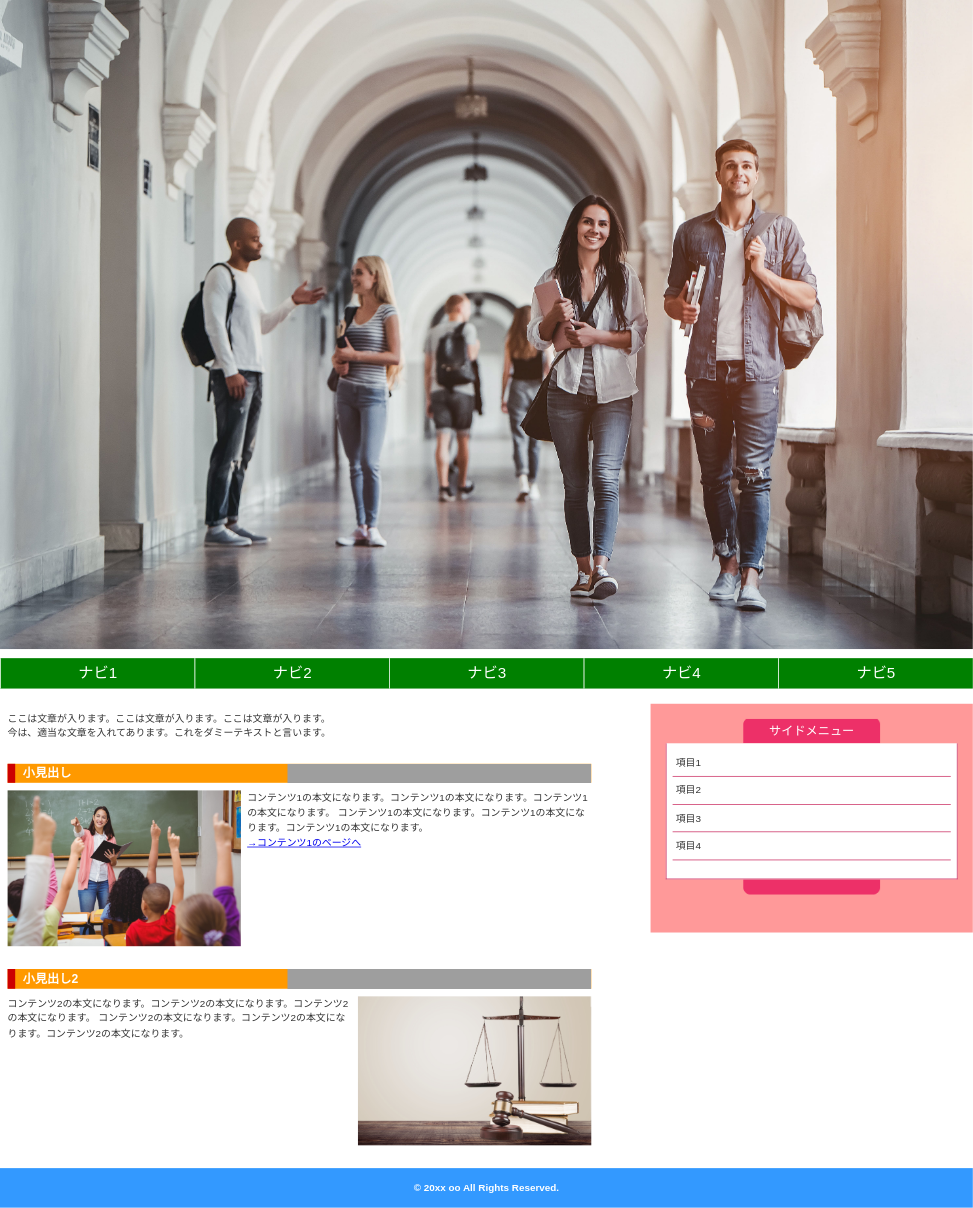
Repository: MatsumotoSohei/samurai_HTML-CSS
Page: home.html
The author's editor kept a record of every edit. The page is drawn from the files as they stood at one moment, then again after the next edit.
The browser window is 1280 px wide. The pictures show the whole page, at 76% of full size.
Pictures or frames that could not be fetched are drawn as grey boxes.

Above is the page before.

### home.html
<!DOCTYPE html>
<html lang="ja">
    <head>
      <meta charset="UTF-8">
      <title>HTML/CSSの学習</title>
      <link rel="stylesheet" href="stylesheet.css">
    </head>
    <body>
       <div id="header">
           <h1><a href="index.html"><img id="corridor" src="images/corridor.jpg" alt="大学の廊下" /></a></h1>
       </div>
       <div id="wrapper">
           <div id="nav">
               <ul>
                   <li><a href-"home.html">ナビ1</a></li>
                   <li><a href="#">ナビ2</a></li>
                   <li><a href="#">ナビ3</a></li>
                   <li><a href-"#">ナビ4</a></li>
                   <li><a href="#">ナビ5</a></li>
        　      </ul>
           </div>
           <div id="container">
               <div id="main">
                   <div class="post">
                    <p>ここは文章が入ります。ここは文章が入ります。ここは文章が入ります。<br />今は、適当な文章を入れてあります。これをダミーテキストと言います。</p>
                   </div>
               <div class="post clearfix">
                   <h2>小見出し</h2>
                   <img class="left" src="images/classroom.jpg" alt="授業風景" />
                   <p>
                       コンテンツ1の本文になります。コンテンツ1の本文になります。コンテンツ1の本文になります。
                       コンテンツ1の本文になります。コンテンツ1の本文になります。コンテンツ1の本文になります。
                   </p>
                   <p><a href="#">→コンテンツ1のページへ</a></p>
               </div>
               <div class="post clearfix">
                   <h2>小見出し2</h2>
                   <img class="right" src="images/scale.jpg" alt="天秤" />
                   <p>
                       コンテンツ2の本文になります。コンテンツ2の本文になります。コンテンツ2の本文になります。
                       コンテンツ2の本文になります。コンテンツ2の本文になります。コンテンツ2の本文になります。
                   </p>
            　 </div>
               </div>
               <div id="side">
                   <div class="box">
                       <h2>サイドメニュー</h2>
                       <div class="boxBody">
                           <ul>
                               <li>項目1</li>
                               <li>項目2</li>
                               <li>項目3</li>
                               <li>項目4</li>
                           </ul>
                       </div>
                   </div>
               </div>
           </div>
       </div>
       <div id="footer">
           <p>&copy; 20xx oo All Rights Reserved.</p>
       </div>
    </body>
</html>

### stylesheet.css
@charset "utf-8";

body {
	margin: 0;
	padding: 0;
	font-family: "ヒラギノ角ゴ Pro W3", "Hiragino Kaku Gothic Pro", "メイリオ", Meiryo, Osaka, "ＭＳ Ｐゴシック", "MS PGothic", sans-serif;
	color: #333;
	font-size: 13px;
	line-height: 150%;
}

/* -------------------- wrapper -------------------- */
#wrapper {
	width: 100%;
	margin: auto;
	padding: 0px;
	border: 0px;
	background-color: #FFF;
	top: 10px;
	position: relative;
}

/* -------------------- header -------------------- */
#header{
	width: 100%;
}
#header h1 {
	margin: 0;
	padding: 0;
}

#corridor{
	width: 100%;
	height: auto;
}

/* -------------------- footer --------------------- */
#footer{
	clear:both;
	width:100%;
	padding:3px 0 3px 0;
	background: #39F;
	color: #FFF;
	font-weight: bold;
	text-align: center;
}

/* -------------------- nav -------------------- */
#nav{
	width:100%;
}
#nav ul{
	margin:0;
	padding:0;
	list-style-type:none;
}
#nav ul li{
	float:left;
	width:20%;
	text-align:center;
}
#nav ul li a{
	display:block;
	height:20px;
	margin:0;
	padding:10px;
	color:#FFF;
	font-size:20px;
	text-decoration:none;
	background-color:green;
  border-left:1px solid white;
}

#nav ul li a:hover {
	filter: drop-shadow(10px 10px 10px black);
}

/*---------------------- container -------------------- */
#container {
	width: 100;
	margin: auto ;
	padding-top: 20px;
	clear: both;
}
/*--------------------------- main ----------------------- */
#main {
	float: left;
	width: 60%;
	padding: 10px 30px 10px 10px;
}
#main h2 {
	margin: 0 0 10px 0;
	padding: 3px 10px 3px 10px;
	color: #FFF;
	font-size: 16px;
	border-left: solid 10px #C00;
	background: #F90 url(../images/main_h2.jpg) right top repeat-y;
}
#main p {
	margin: 0;
	padding: 0;
}
#main .post {
	margin: 0 0 30px 0;
}

#main .post img.right {
	margin: 0 0 0 8px;
}
#main .post img.left {
	margin: 0 8px 0 0;
}

.right {
	float: right;
	width: 40%;
	height: auto;
}
.left {
	float: left;
	width: 40%;
	height: auto;
}

/*---------------------- clearfix ------------------ */
.clearfix {
	zoom: 1;
}
.clearfix:after{
	content: "";
	display: block;
	clear: both;
}

/*---------------------- side ----------------------- */
#side {
	float: right;
	width: 30%;
	padding: 20px;
	background-color: #F99;
}
#side .box {
	margin: 0 auto 30px auto;
	padding: 0 0 20px 0;
	background: url(images/side_box.png) bottom no-repeat;
}
#side .box h2 {
	margin: 0;
	padding: 8px;
	text-align: center;
	color: #fff;
	font-size: 16px;
	line-height: 16px;
	font-weight: normal;
	background: url(images/side_box_h2.png) center no-repeat;
}
#side .box .boxBody {
	padding: 8px;
	border-right: solid 1px #C36;
	border-bottom: solid 1px #C36;
	border-left: solid 1px #C36;
	background: #fff;
}
#side .box .boxBody ul {
	margin: 0 0 16px 0;
	padding: 0;
}
#side .box .boxBody ul li {
	padding: 8px 0 8px 4px;
	list-style: none;
	border-bottom: solid 1px #C36;
}

After the next edit:
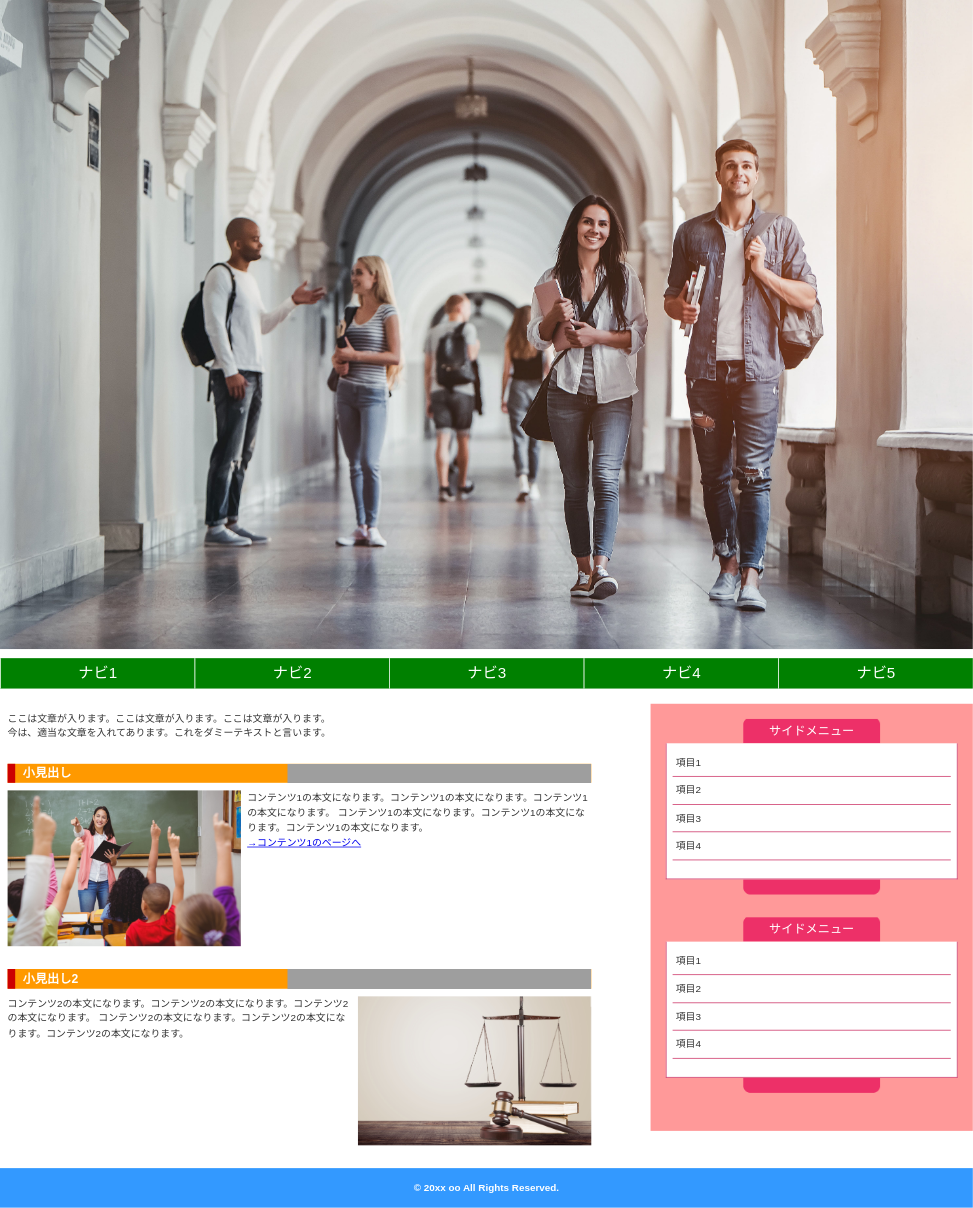
The edit:
--- a/home.html
+++ b/home.html
@@ -54,6 +54,17 @@
                            </ul>
                        </div>
                    </div>
+                   <div class="box">
+                       <h2>サイドメニュー</h2>
+                       <div class="boxBody">
+                           <ul>
+                               <li>項目1</li>
+                               <li>項目2</li>
+                               <li>項目3</li>
+                               <li>項目4</li>
+                           </ul>
+                       </div>
+                   </div>
                </div>
            </div>
        </div>
